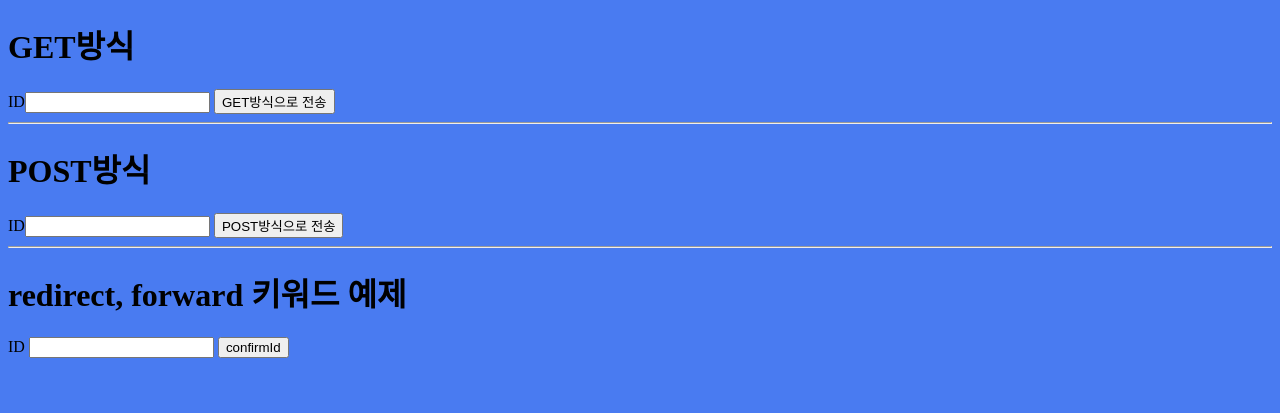
Repository: AsnemBlue/spring_Note
Page: http://localhost/ch11_requestmapping/
An editor plug-in stored every save of this project. The page is shown before and after the next save, followed by the edit.
The browser window is 1280 px wide. The pictures show the whole page.
The page is served by Tomcat 9. Other server files are loaded and not shown.

Above is the page before, as saved 2020-03-30 05:42:25.

### ch11_requestmapping/src/main/webapp/index.jsp
<%@ page language="java" contentType="text/html; charset=UTF-8"
    pageEncoding="UTF-8"%>
<!DOCTYPE html>
<html>
<head>
	<meta charset="UTF-8">
</head>
<body>
	<jsp:forward page="main.do"/>
</body>
</html>

### ch11_requestmapping/src/main/webapp/WEB-INF/views/main.jsp
<%@ page language="java" contentType="text/html; charset=UTF-8"
    pageEncoding="UTF-8"%>
<%@ taglib prefix="c" uri="http://java.sun.com/jsp/jstl/core" %>
<c:set var="conPath" value="${pageContext.request.contextPath }"/>
<!DOCTYPE html>
<html>
<head>
	<meta charset="UTF-8">
	<title>Insert title here</title>
	<link href="${conPath }/css/style.css" rel="stylesheet">
</head>
<body>
	<h1>GET방식</h1>
	<form action="${conPath }/student.do" method="get">
		ID<input type="text" name="id">
		<input type="submit" value="GET방식으로 전송">
	</form>
	<hr>
	<h1>POST방식</h1>
	<form action="${conPath }/student.do" method="post">
		ID<input type="text" name="id">
		<input type="submit" value="POST방식으로 전송">
	</form>
	<hr>
	<h1>redirect, forward 키워드 예제</h1>
	<form action="${conPath }/studentConfirm.do">
		ID <input type="text" name="id">
		<input type="submit" value="confirmId">
	</form>
</body>
</html>

### ch11_requestmapping/src/main/webapp/css/style.css
@charset "UTF-8";
body{
	background-color: #497bf1;
}

After the next save:
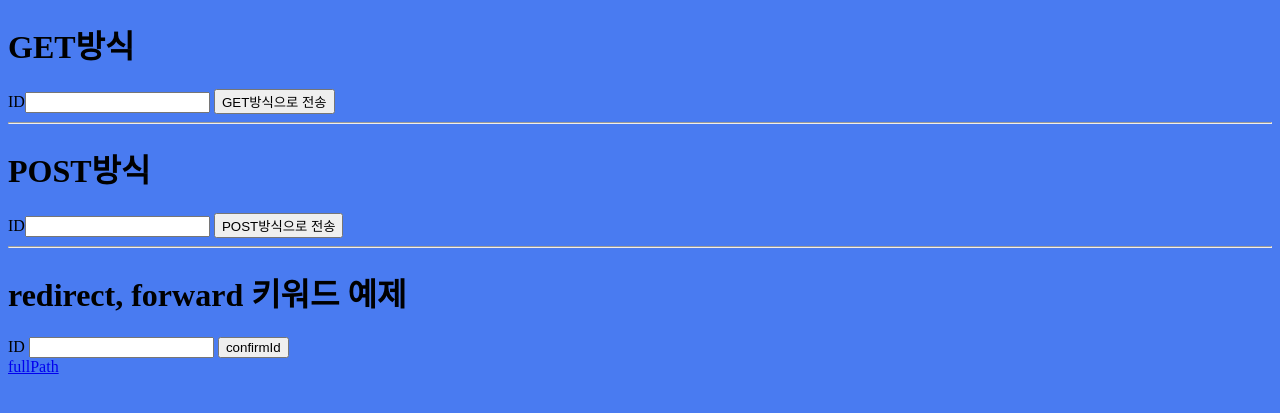
Saved 51 s later.
--- a/ch11_requestmapping/src/main/webapp/WEB-INF/views/main.jsp
+++ b/ch11_requestmapping/src/main/webapp/WEB-INF/views/main.jsp
@@ -27,5 +27,6 @@
 		ID <input type="text" name="id">
 		<input type="submit" value="confirmId">
 	</form>
+	<a href="${conPath }/fullPath.do">fullPath</a>
 </body>
 </html>
